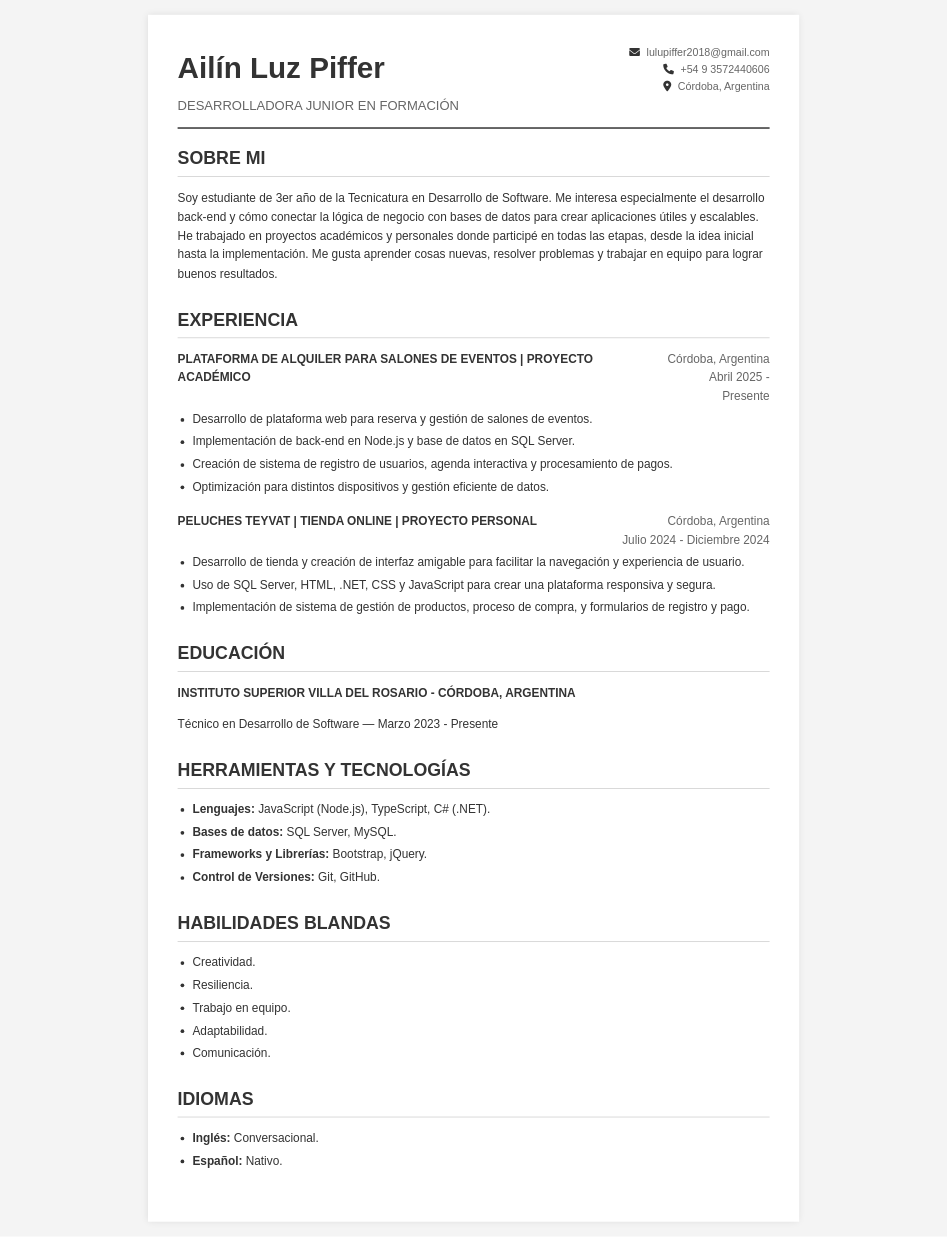
Repository: luzpiffer/curriculum-piffer
Page: index.html
An editor plug-in stored every save of this project. The page is shown before and after the next save, followed by the edit.
The browser window is 1280 px wide. The pictures show the whole page, at 74% of full size.

Above is the page before, as saved 2025-08-26 18:16:23.

### index.html
<!DOCTYPE html>
<html lang="es">
<head>
    <meta charset="UTF-8">
    <meta name="viewport" content="width=device-width, initial-scale=1.0">
    <title>CV - Ailín Luz Piffer</title>
    <link rel="stylesheet" href="style.css">
    <link rel="stylesheet" href="https://cdnjs.cloudflare.com/ajax/libs/font-awesome/6.0.0-beta3/css/all.min.css">
</head>
<body>
    <div class="cv-container">
        <header class="header">
            <div class="name-title">
                <h1>Ailín Luz Piffer</h1>
                <p>DESARROLLADORA JUNIOR EN FORMACIÓN</p>
            </div>
            <div class="contact-info">
                <p><i class="fas fa-envelope"></i> lulupiffer2018@gmail.com</p>
                <p><i class="fas fa-phone"></i> +54 9 3572440606</p>
                <p><i class="fas fa-map-marker-alt"></i> Córdoba, Argentina</p>
            </div>
        </header>

        <main>
            <section class="section">
                <h2>SOBRE MI</h2>
                <p>Soy estudiante de 3er año de la Tecnicatura en Desarrollo de Software. Me interesa especialmente el desarrollo back-end y cómo conectar la lógica de negocio con bases de datos para crear aplicaciones útiles y escalables. He trabajado en proyectos académicos y personales donde participé en todas las etapas, desde la idea inicial hasta la implementación. Me gusta aprender cosas nuevas, resolver problemas y trabajar en equipo para lograr buenos resultados.</p>
            </section>

            <section class="section">
                <h2>EXPERIENCIA</h2>
                <div class="experience-item">
                    <div class="project-header">
                        <p class="project-title">PLATAFORMA DE ALQUILER PARA SALONES DE EVENTOS | PROYECTO ACADÉMICO</p>
                        <p class="project-location-date">Córdoba, Argentina<br>Abril 2025 - Presente</p>
                    </div>
                    <ul>
                        <li>Desarrollo de plataforma web para reserva y gestión de salones de eventos.</li>
                        <li>Implementación de back-end en Node.js y base de datos en SQL Server.</li>
                        <li>Creación de sistema de registro de usuarios, agenda interactiva y procesamiento de pagos.</li>
                        <li>Optimización para distintos dispositivos y gestión eficiente de datos.</li>
                    </ul>
                </div>
                <div class="experience-item">
                    <div class="project-header">
                        <p class="project-title">PELUCHES TEYVAT | TIENDA ONLINE | PROYECTO PERSONAL</p>
                        <p class="project-location-date">Córdoba, Argentina<br>Julio 2024 - Diciembre 2024</p>
                    </div>
                    <ul>
                        <li>Desarrollo de tienda y creación de interfaz amigable para facilitar la navegación y experiencia de usuario.</li>
                        <li>Uso de SQL Server, HTML, .NET, CSS y JavaScript para crear una plataforma responsiva y segura.</li>
                        <li>Implementación de sistema de gestión de productos, proceso de compra, y formularios de registro y pago.</li>
                    </ul>
                </div>
            </section>

            <section class="section">
                <h2>EDUCACIÓN</h2>
                <div class="education-item">
                    <p><strong>INSTITUTO SUPERIOR VILLA DEL ROSARIO - CÓRDOBA, ARGENTINA</strong></p>
                    <p>Técnico en Desarrollo de Software — Marzo 2023 - Presente</p>
                </div>
            </section>

            <section class="section">
                <h2>HERRAMIENTAS Y TECNOLOGÍAS</h2>
                <ul>
                    <li><strong>Lenguajes:</strong> JavaScript (Node.js), TypeScript, C# (.NET).</li>
                    <li><strong>Bases de datos:</strong> SQL Server, MySQL.</li>
                    <li><strong>Frameworks y Librerías:</strong> Bootstrap, jQuery.</li>
                    <li><strong>Control de Versiones:</strong> Git, GitHub.</li>
                </ul>
            </section>

            <section class="section">
                <h2>HABILIDADES BLANDAS</h2>
                <ul>
                    <li>Creatividad.</li>
                    <li>Resiliencia.</li>
                    <li>Trabajo en equipo.</li>
                    <li>Adaptabilidad.</li>
                    <li>Comunicación.</li>
                </ul>
            </section>

            <section class="section">
                <h2>IDIOMAS</h2>
                <ul>
                    <li><strong>Inglés:</strong> Conversacional.</li>
                    <li><strong>Español:</strong> Nativo.</li>
                </ul>
            </section>
        </main>
    </div>
</body>
</html>

### style.css
body {
    font-family: Arial, sans-serif;
    line-height: 1.6;
    background-color: #f4f4f4;
    color: #333;
    padding: 20px;
    margin: 0;
}

.cv-container {
    max-width: 800px;
    margin: 0 auto;
    background-color: #fff;
    padding: 40px;
    box-shadow: 0 0 10px rgba(0, 0, 0, 0.1);
}

.header {
    display: flex;
    justify-content: space-between;
    align-items: flex-start;
    border-bottom: 2px solid #333;
    padding-bottom: 15px;
    margin-bottom: 20px;
}

.name-title h1 {
    font-size: 2.5em;
    font-weight: bold;
    color: #333;
    margin: 0;
}

.name-title p {
    font-size: 1.1em;
    color: #666;
    margin: 5px 0 0 0;
}

.contact-info {
    text-align: right;
    font-size: 0.9em;
    color: #666;
}

.contact-info p {
    margin: 0;
}

.contact-info i {
    color: #333;
    margin-right: 5px;
}

.section {
    margin-bottom: 30px;
}

.section h2 {
    font-size: 1.5em;
    font-weight: bold;
    color: #333;
    border-bottom: 1px solid #ccc;
    padding-bottom: 5px;
    margin-bottom: 15px;
}

.section p, .section li {
    font-size: 1em;
}

.experience-item {
    margin-bottom: 20px;
}

.project-header {
    display: flex;
    justify-content: space-between;
    align-items: flex-start;
    margin-bottom: 5px;
}

.project-title {
    font-weight: bold;
    margin: 0;
    font-size: 1.1em;
}

.project-location-date {
    text-align: right;
    font-size: 0.9em;
    color: #666;
    margin: 0;
}

ul {
    list-style-type: disc;
    padding-left: 20px;
    margin: 0;
}

li {
    margin-bottom: 5px;
}

After the next save:
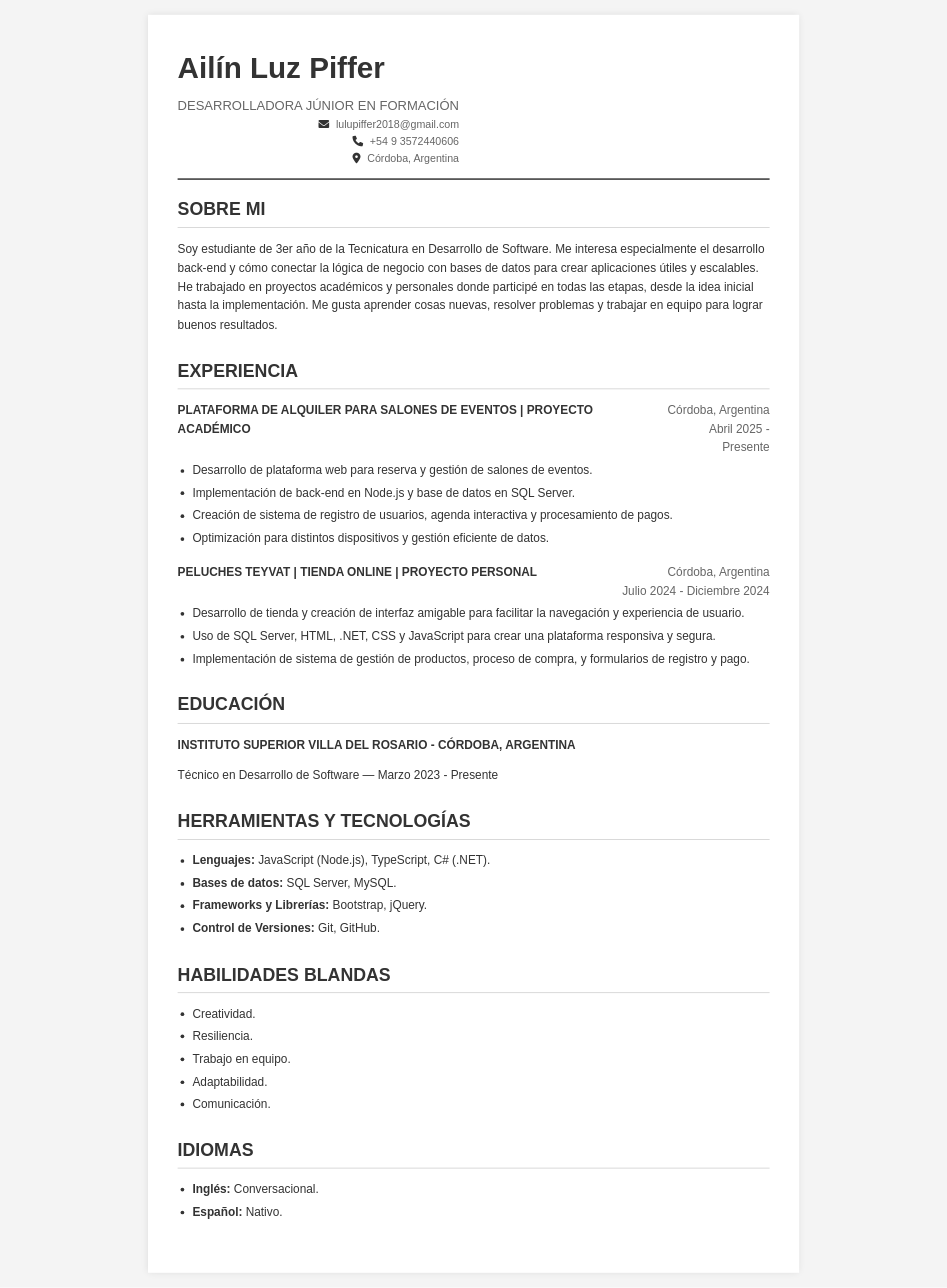
Saved 112 s later.
--- a/index.html
+++ b/index.html
@@ -10,14 +10,15 @@
 <body>
     <div class="cv-container">
         <header class="header">
-            <div class="name-title">
-                <h1>Ailín Luz Piffer</h1>
-                <p>DESARROLLADORA JUNIOR EN FORMACIÓN</p>
-            </div>
-            <div class="contact-info">
-                <p><i class="fas fa-envelope"></i> lulupiffer2018@gmail.com</p>
-                <p><i class="fas fa-phone"></i> +54 9 3572440606</p>
-                <p><i class="fas fa-map-marker-alt"></i> Córdoba, Argentina</p>
+            <div class="header-content-wrapper"> <div class="name-title">
+                    <h1>Ailín Luz Piffer</h1>
+                    <p>DESARROLLADORA JÚNIOR EN FORMACIÓN</p>
+                </div>
+                <div class="contact-info">
+                    <p><i class="fas fa-envelope"></i> lulupiffer2018@gmail.com</p>
+                    <p><i class="fas fa-phone"></i> +54 9 3572440606</p>
+                    <p><i class="fas fa-map-marker-alt"></i> Córdoba, Argentina</p>
+                </div>
             </div>
         </header>
 
